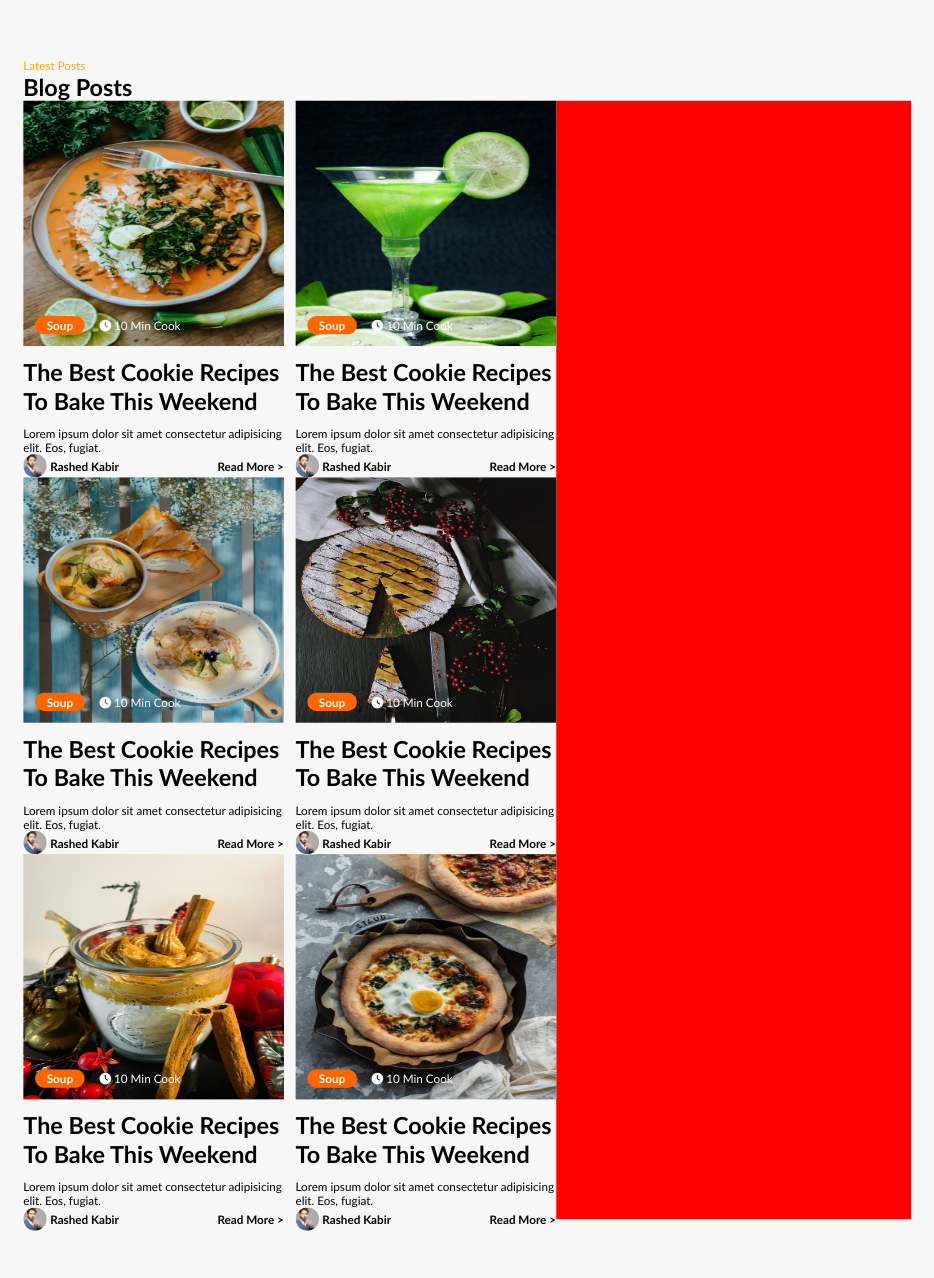
Repository: ngoctinvo/diner_project_cybersoft
Page: html/blog.html
The author's editor kept a copy of each file at every save. The page is drawn from the files as they stood at one save, then again after the next save.
The browser window is 1280 px wide. The pictures show the whole page, at 73% of full size.
Some web libraries are served in a nearby version. The style sheet was rebuilt from its Sass, Less or Tailwind sources for each picture, by a compiler version that may differ from the author's.

Above is the page before, as saved 2022-04-19 10:25:21.

### html/blog.html
<!DOCTYPE html>
<html lang="en">

<head>
    <meta charset="UTF-8">
    <meta http-equiv="X-UA-Compatible" content="IE=edge">
    <meta name="viewport" content="width=device-width, initial-scale=1.0">
    <title>Document</title>
    <link rel="stylesheet" href="https://cdnjs.cloudflare.com/ajax/libs/font-awesome/6.1.1/css/all.min.css" integrity="sha512-KfkfwYDsLkIlwQp6LFnl8zNdLGxu9YAA1QvwINks4PhcElQSvqcyVLLD9aMhXd13uQjoXtEKNosOWaZqXgel0g==" crossorigin="anonymous" referrerpolicy="no-referrer"
    />
    <link rel="stylesheet" href="../css/blog.css">
</head>

<body>
    <header></header>
    <section class="blog">
        <div class="container">
            <div class="title">
                <p>Latest Posts</p>
                <h1>Blog Posts</h1>
            </div>
            <div class="row">
                <div class="left-posts">
                    <div class="list">
                        <div class="item">
                            <div class="img">
                                <img src="../img/blog/g1.jpg" alt="">
                                <div class="info-img">
                                    <button>Soup</button>
                                    <span><i class="fa fa-clock"></i> 10 Min Cook</span>
                                </div>

                            </div>
                            <div class="content">
                                <h3>The Best Cookie Recipes To Bake This Weekend</h3>
                                <p>Lorem ipsum dolor sit amet consectetur adipisicing elit. Eos, fugiat.</p>
                            </div>
                            <div class="author">
                                <div class="author-info">
                                    <a href="#">
                                        <img src="../img/blog/team1.jpg" alt="">
                                        <span>Rashed Kabir</span>
                                    </a>
                                </div>

                                <a href="#">Read More ></a>
                            </div>
                        </div>
                        <div class="item">
                            <div class="img">
                                <img src="../img/blog/g2.jpg" alt="">
                                <div class="info-img">
                                    <button>Soup</button>
                                    <span><i class="fa fa-clock"></i> 10 Min Cook</span>
                                </div>

                            </div>
                            <div class="content">
                                <h3>The Best Cookie Recipes To Bake This Weekend</h3>
                                <p>Lorem ipsum dolor sit amet consectetur adipisicing elit. Eos, fugiat.</p>
                            </div>
                            <div class="author">
                                <div class="author-info">
                                    <a href="#">
                                        <img src="../img/blog/team1.jpg" alt="">
                                        <span>Rashed Kabir</span>
                                    </a>
                                </div>

                                <a href="#">Read More ></a>
                            </div>
                        </div>
                        <div class="item">
                            <div class="img">
                                <img src="../img/blog/g3.jpg" alt="">
                                <div class="info-img">
                                    <button>Soup</button>
                                    <span><i class="fa fa-clock"></i> 10 Min Cook</span>
                                </div>

                            </div>
                            <div class="content">
                                <h3>The Best Cookie Recipes To Bake This Weekend</h3>
                                <p>Lorem ipsum dolor sit amet consectetur adipisicing elit. Eos, fugiat.</p>
                            </div>
                            <div class="author">
                                <div class="author-info">
                                    <a href="#">
                                        <img src="../img/blog/team1.jpg" alt="">
                                        <span>Rashed Kabir</span>
                                    </a>
                                </div>

                                <a href="#">Read More ></a>
                            </div>
                        </div>
                        <div class="item">
                            <div class="img">
                                <img src="../img/blog/g4.jpg" alt="">
                                <div class="info-img">
                                    <button>Soup</button>
                                    <span><i class="fa fa-clock"></i> 10 Min Cook</span>
                                </div>

                            </div>
                            <div class="content">
                                <h3>The Best Cookie Recipes To Bake This Weekend</h3>
                                <p>Lorem ipsum dolor sit amet consectetur adipisicing elit. Eos, fugiat.</p>
                            </div>
                            <div class="author">
                                <div class="author-info">
                                    <a href="#">
                                        <img src="../img/blog/team1.jpg" alt="">
                                        <span>Rashed Kabir</span>
                                    </a>
                                </div>

                                <a href="#">Read More ></a>
                            </div>
                        </div>
                        <div class="item">
                            <div class="img">
                                <img src="../img/blog/g5.jpg" alt="">
                                <div class="info-img">
                                    <button>Soup</button>
                                    <span><i class="fa fa-clock"></i> 10 Min Cook</span>
                                </div>

                            </div>
                            <div class="content">
                                <h3>The Best Cookie Recipes To Bake This Weekend</h3>
                                <p>Lorem ipsum dolor sit amet consectetur adipisicing elit. Eos, fugiat.</p>
                            </div>
                            <div class="author">
                                <div class="author-info">
                                    <a href="#">
                                        <img src="../img/blog/team1.jpg" alt="">
                                        <span>Rashed Kabir</span>
                                    </a>
                                </div>

                                <a href="#">Read More ></a>
                            </div>
                        </div>
                        <div class="item">
                            <div class="img">
                                <img src="../img/blog/g6.jpg" alt="">
                                <div class="info-img">
                                    <button>Soup</button>
                                    <span><i class="fa fa-clock"></i> 10 Min Cook</span>
                                </div>

                            </div>
                            <div class="content">
                                <h3>The Best Cookie Recipes To Bake This Weekend</h3>
                                <p>Lorem ipsum dolor sit amet consectetur adipisicing elit. Eos, fugiat.</p>
                            </div>
                            <div class="author">
                                <div class="author-info">
                                    <a href="#">
                                        <img src="../img/blog/team1.jpg" alt="">
                                        <span>Rashed Kabir</span>
                                    </a>
                                </div>

                                <a href="#">Read More ></a>
                            </div>
                        </div>
                    </div>
                    <div class="control-btn"></div>
                </div>
                <div class="right-posts">
                    <!-- <div class="right-container">
                        <div class="item latest-recipes">
                            <h2>Lastest recipes</h2>
                            <div class="list">
                                <div class="item">
                                    <img src="../img/blog/banner1.jpg">
                                    <span>How to make capuccino</span>
                                </div>
                                <div class="item">
                                    <img src="../img/blog/banner1.jpg">
                                    <span>How to make capuccino</span>
                                </div>
                                <div class="item">
                                    <img src="../img/blog/banner1.jpg">
                                    <span>How to make capuccino</span>
                                </div>
                                <div class="item">
                                    <img src="../img/blog/banner1.jpg">
                                    <span>How to make capuccino</span>
                                </div>
                            </div>
                        </div>
                        <div class="item trending-posts">
                            <h3>Trending posts</h3>
                            <div class="list">
                                <div class="item">
                                    <img src="../img/blog/g3.jpg" alt="">
                                    <div class="info">
                                        <p>12 Curry Recipes You’ll Ever Need</p>
                                        <span>Feb 4, 2021</span>
                                    </div>
                                </div>
                            </div>
                        </div>
                        <div class="item categories">
                            <h3>Categories</h3>
                            <ul>
                                <li>
                                    <a href="#">Desserts</a>
                                </li>
                                <li>
                                    <a href="#">Cakes and Biscuits</a>
                                </li>
                                <li>
                                    <a href="#">Food recipes</a>
                                </li>

                            </ul>
                        </div>
                        <div class="item advertisement">
                            <h3>Advertisement</h3>
                            <img src="../img/blog/g1.jpg" alt="">
                        </div>
                    </div> -->



                </div>
            </div>
        </div>
        </div>
    </section>
    <footer></footer>
</body>

</html>

### sass/blog.scss
* {
    margin: 0;
    padding: 0;
    box-sizing: border-box;
    font-family: 'Gill Sans', 'Gill Sans MT', Calibri, 'Trebuchet MS', sans-serif;
}

.blog {
    color: black;
    .container {
        width: 100%;
        background-color: #f7f7f7;
        padding: 5rem 2rem;
        .title {
            p {
                color: orange;
                font-size: 1rem;
            }
            h1 {
                font-size: 2rem;
            }
        }
        .row {
            display: flex;
            flex-direction: row;
            .left-posts {
                width: 60%;
                .list {
                    display: grid;
                    grid-template-columns: 1fr 1fr;
                    grid-template-rows: repeat(3, 500px);
                    gap: 1rem;
                    .item {
                        margin-bottom: 5rem;
                        .img {
                            position: relative;
                            height: 80%;
                            width: 100%;
                            img {
                                width: 100%;
                                height: 100%;
                            }
                            .info-img {
                                position: absolute;
                                width: 100%;
                                bottom: 0;
                                left: 0;
                                button {
                                    cursor: pointer;
                                    font-size: 1rem;
                                    font-weight: 600;
                                    color: white;
                                    padding: 0.2rem 1rem;
                                    border-radius: 1rem;
                                    border: none;
                                    margin: 1rem;
                                    background-color: #ff6600;
                                }
                                span {
                                    color: white;
                                }
                            }
                        }
                        .content {
                            h3 {
                                margin: 1rem 0;
                                font-size: 2rem;
                            }
                        }
                        .author {
                            display: flex;
                            flex-direction: row;
                            justify-content: space-between;
                            align-items: center;
                            a {
                                display: flex;
                                flex-direction: row;
                                align-items: center;
                            }
                            .author-info {
                                margin-right: 1rem;
                                img {
                                    width: 2rem;
                                    border-radius: 50%;
                                    margin-right: 0.3rem;
                                }
                            }
                            a {
                                text-decoration: none;
                                color: black;
                                font-size: 1rem;
                                font-weight: 600;
                            }
                        }
                    }
                }
            }
            .right-posts {
                width: 40%;
                background-color: red;
            }
        }
    }
}

After the next save:
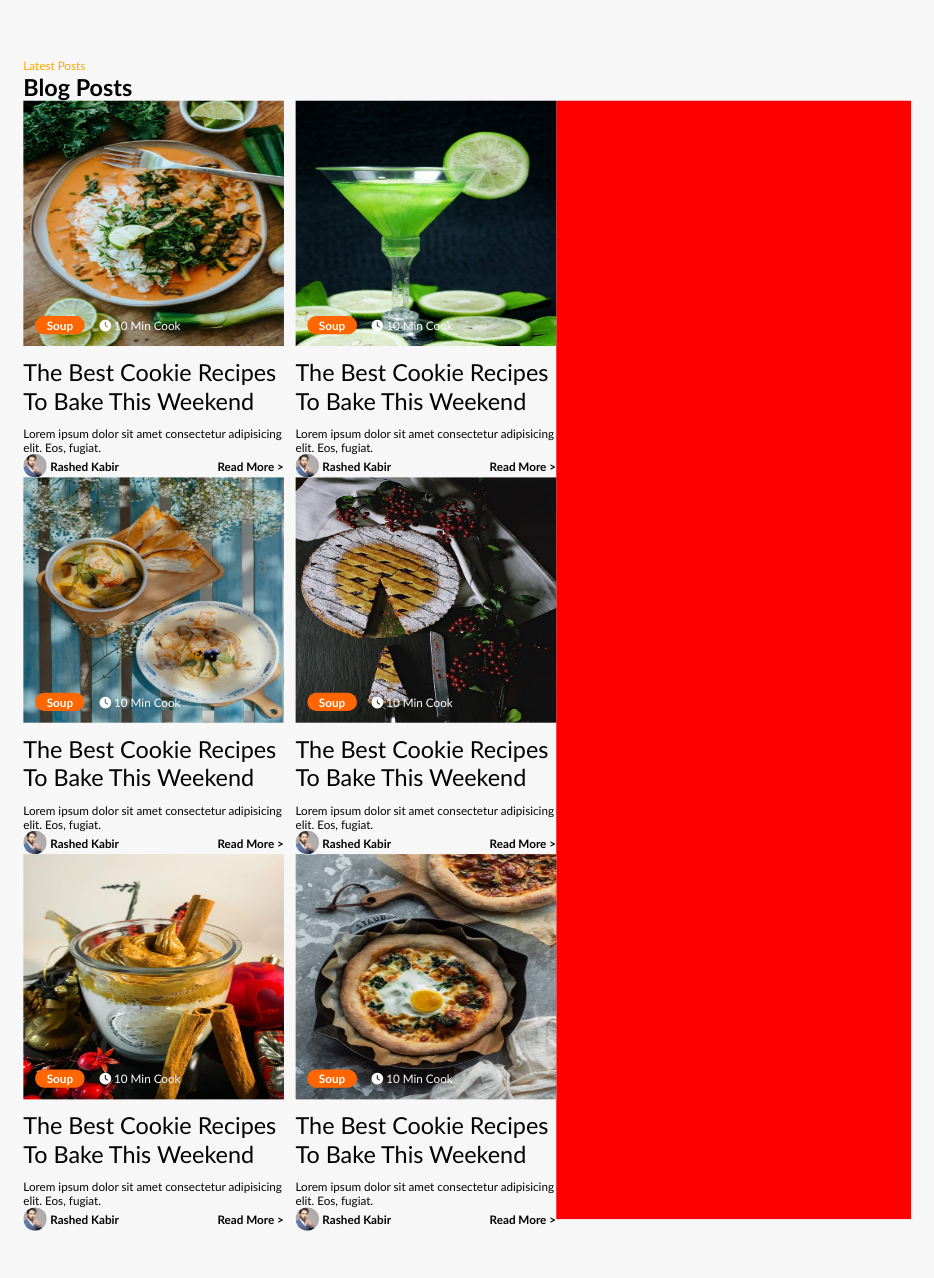
Saved 8 s later.
--- a/sass/blog.scss
+++ b/sass/blog.scss
@@ -65,6 +65,7 @@
                             h3 {
                                 margin: 1rem 0;
                                 font-size: 2rem;
+                                font-weight: 500;
                             }
                         }
                         .author {
